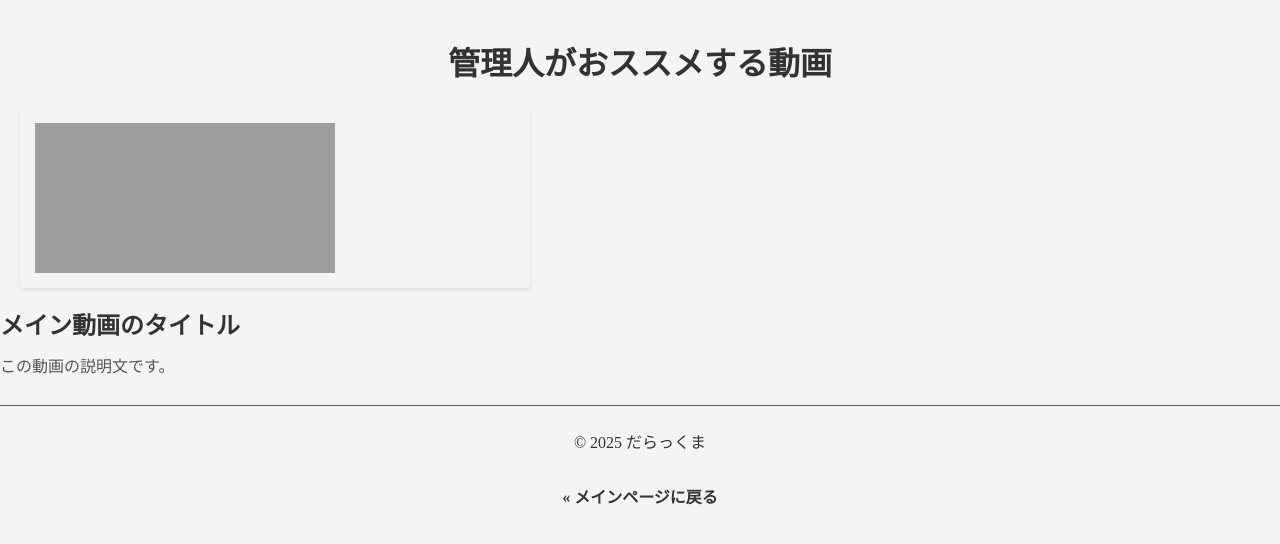
Repository: rydeen7907/html
Page: movie_link.html
These files come from the project's save history. The page is drawn as it stood at one moment and after the next save; the edit follows.
The browser window is 1280 px wide. The pictures show the whole page.
Pictures or frames that could not be fetched are drawn as grey boxes.

Above is the page before, as saved 2025-04-29 18:12:28.

After the next save:
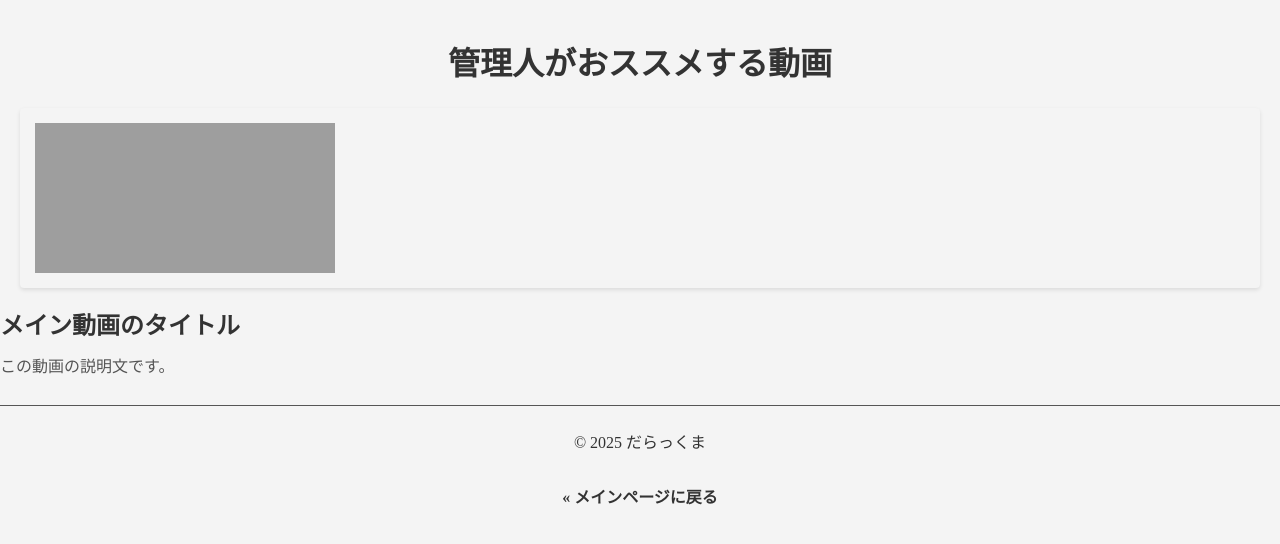
Saved 42 s later.
--- a/style.css
+++ b/style.css
@@ -250,7 +250,7 @@ a:focus { /* ホバーとフォーカス時に適用するスタイル */
     align-items: flex-start;
     gap: 15px;
     margin: 20px; /* 上下左右のマージン 左右はautoで中央寄せ */
-    max-width: 480px;
+    max-width: px;
     padding: 15px; /* 内側の余白 */
     background-color: var(--background-color); /* 背景色を薄いグレーに設定 */
     border-radius: 4px; /* 角を丸める*/
